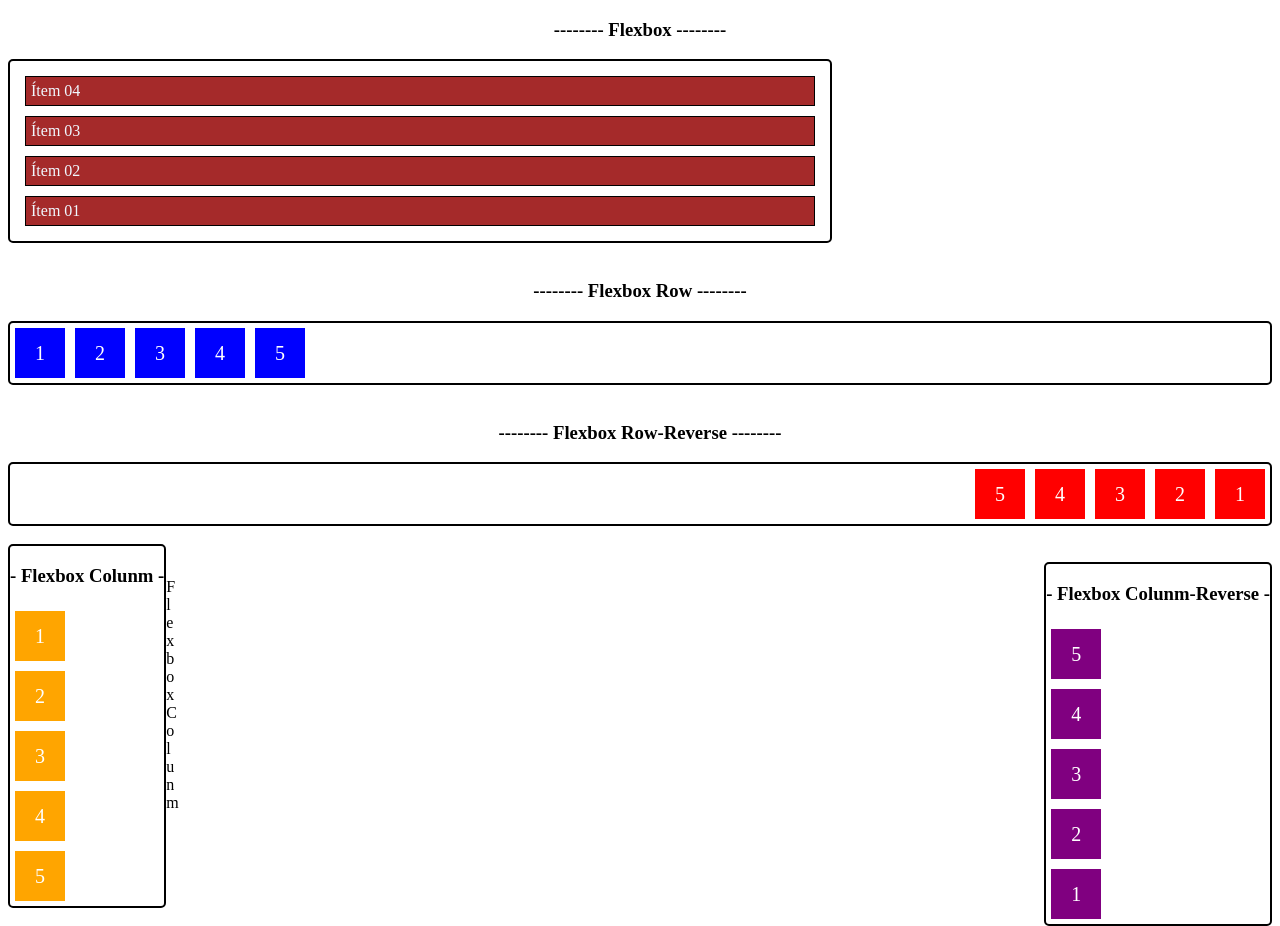
Repository: ozielms/flexbox
Page: outros/flexbox-master/index.html
An editor plug-in stored every save of this project. The page is shown before and after the next save, followed by the edit.
The browser window is 1280 px wide. The pictures show the whole page.

Above is the page before, as saved 2022-04-26 00:04:57.

### outros/flexbox-master/index.html
<!DOCTYPE html>
<html lang="en">

<head>
    <meta charset="UTF-8">
    <meta http-equiv="X-UA-Compatible" content="IE=edge">
    <meta name="viewport" content="width=device-width, initial-scale=1.0">
    <title>Flexbox</title>

    <link rel="stylesheet" href="css/estilo.css">
</head>

<body>

    <h3 class="titulo">-------- flexbox --------</h3>
    <div class="pai">
        <div class="filho filho1">Ítem 01</div>
        <div class="filho filho2">Ítem 02</div>
        <div class="filho filho3">Ítem 03</div>
        <div class="filho filho4">Ítem 04</div>
    </div>

    <br>

    <h3 class="titulo">-------- flexbox row --------</h3>
    <ul class="flex-container row">
        <li class="flex-item">1</li>
        <li class="flex-item">2</li>
        <li class="flex-item">3</li>
        <li class="flex-item">4</li>
        <li class="flex-item">5</li>
    </ul>

    <br>

    <h3 class="titulo">-------- flexbox row-reverse --------</h3>
    <ul class="flex-container row-reverse">
        <li class="flex-item">1</li>
        <li class="flex-item">2</li>
        <li class="flex-item">3</li>
        <li class="flex-item">4</li>
        <li class="flex-item">5</li>
    </ul>

    <br>

    <ul class="flex-container colunm">
        <h3 class="titulo">- flexbox colunm -</h3>
        <li class="flex-item">1</li>
        <li class="flex-item">2</li>
        <li class="flex-item">3</li>
        <li class="flex-item">4</li>
        <li class="flex-item">5</li>
    </ul>

    <br>

    <ul class="flex-container colunm-reverse">
        <li class="flex-item">1</li>
        <li class="flex-item">2</li>
        <li class="flex-item">3</li>
        <li class="flex-item">4</li>
        <li class="flex-item">5</li>
        <h3 class="titulo">- flexbox colunm-reverse -</h3>
    </ul>
    <ul class="titulo-colunm">
        <li class="titulo-item">F</li>
        <li class="titulo-item">l</li>
        <li class="titulo-item">e</li>
        <li class="titulo-item">x</li>
        <li class="titulo-item">b</li>
        <li class="titulo-item">o</li>
        <li class="titulo-item">x</li>
        <li class="titulo-item"> </li>
        <li class="titulo-item">C</li>
        <li class="titulo-item">o</li>
        <li class="titulo-item">l</li>
        <li class="titulo-item">u</li>
        <li class="titulo-item">n</li>
        <li class="titulo-item">m</li>
    </ul>

    <br>


</body>

</html>

### outros/flexbox-master/css/estilo.css
.titulo {
    text-align: center;
    text-transform: capitalize;
}

.titulo-colunm {
    list-style: none;
}


/* -------- FLEXBOX -------- */

.pai {
    max-width: 800px;
    padding: 10px;
    border: 2px solid black;
    border-radius: 5px;
    /* FLEXBOX */
    display: flex;
    flex-direction: column-reverse;
}

.filho {
    background-color: brown;
    color: aliceblue;
    padding: 5px;
    border: 1px solid black;
    margin: 5px;
}


/* -------- FLEXBOX - FLEX CONTAINER -------- */

.flex-container {
    margin: 0;
    padding: 0;
    display: flex;
    list-style: none;
}

.flex-item {
    background: blue;
    height: 50px;
    width: 50px;
    line-height: 50px;
    font-size: 20px;
    color: white;
    text-align: center;
    margin: 5px;
}


/* -------- FLEXBOX - FLEX ROW -------- */

.row {
    border: 2px solid black;
    border-radius: 5px;
    flex-direction: row;
}

.row-reverse {
    border: 2px solid black;
    border-radius: 5px;
    flex-direction: row-reverse;
}

.row-reverse li {
    background-color: red;
}


/* -------- FLEXBOX - FLEX COLUNM -------- */

.colunm {
    border: 2px solid black;
    border-radius: 5px;
    float: left;
    flex-direction: column;
}

.colunm li {
    background-color: orange;
}

.colunm-reverse {
    border: 2px solid black;
    border-radius: 5px;
    float: right;
    flex-direction: column-reverse;
}

.colunm-reverse li {
    background-color: purple;
}


/* -------- FLEXBOX - FLEX WRAP -------- */

After the next save:
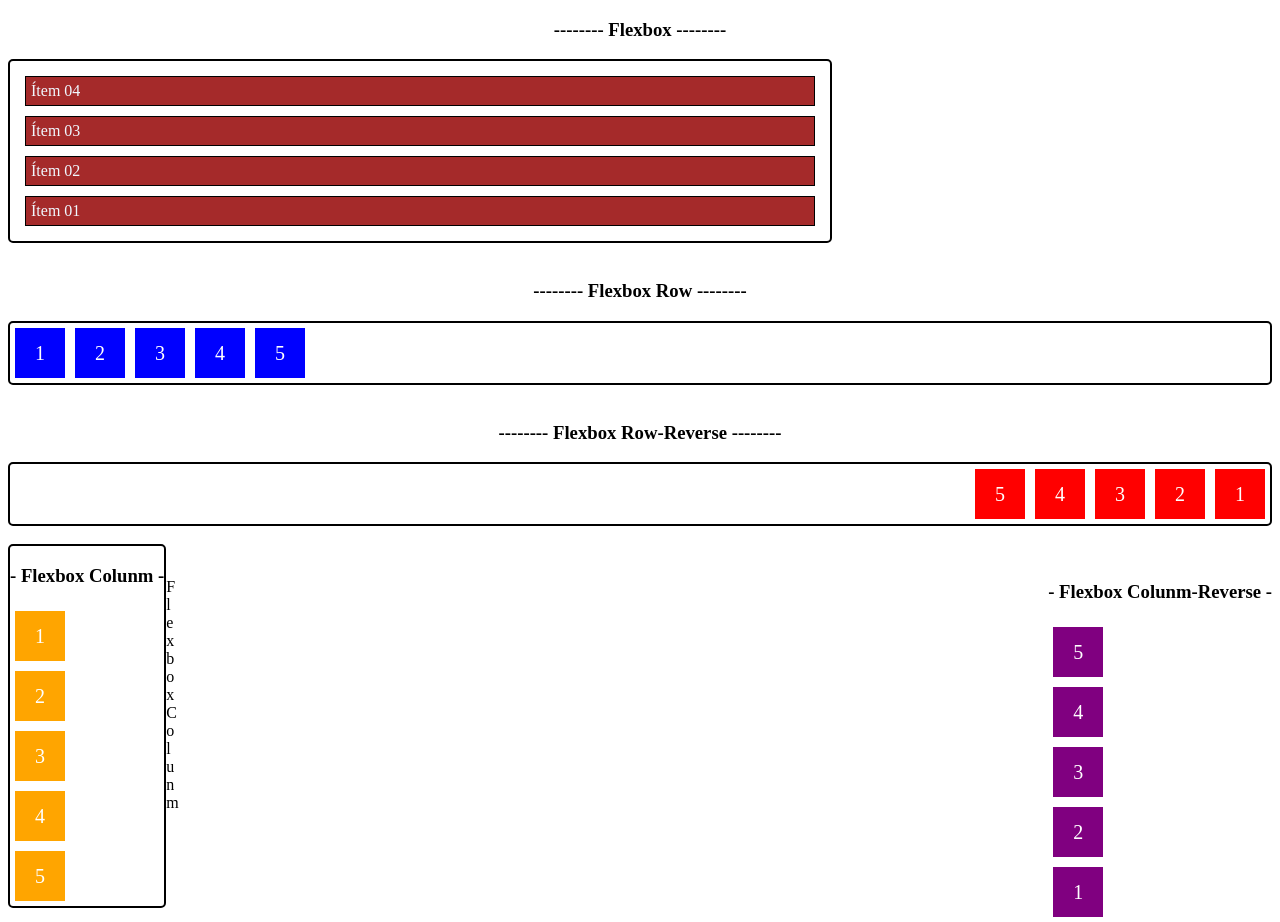
Saved 31 s later.
--- a/outros/flexbox-master/css/estilo.css
+++ b/outros/flexbox-master/css/estilo.css
@@ -83,8 +83,6 @@
 }
 
 .colunm-reverse {
-    border: 2px solid black;
-    border-radius: 5px;
     float: right;
     flex-direction: column-reverse;
 }
